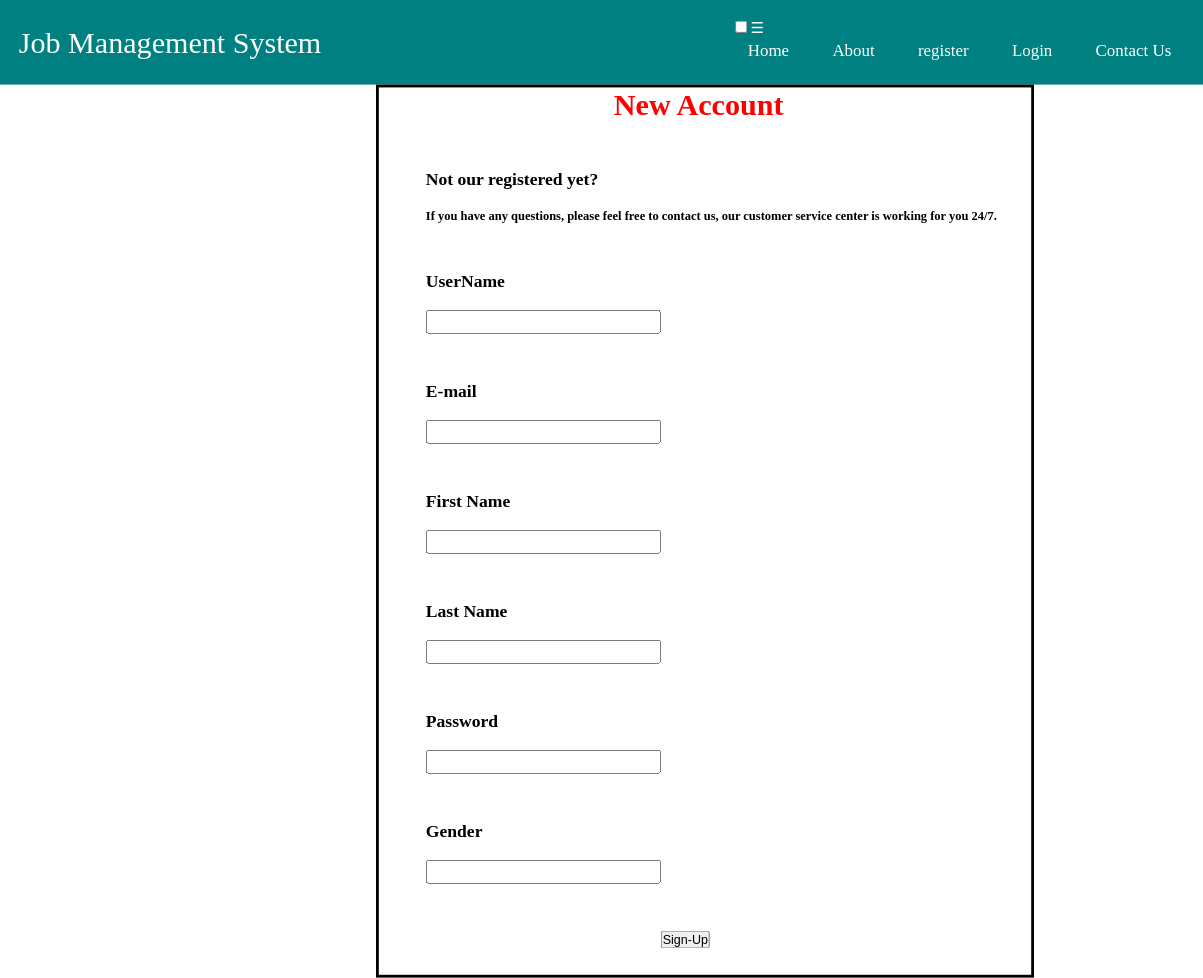
Repository: PrinceKumawat1109/JFSD
Page: http://localhost/Job-management/employeeregister.jsp
The author's editor kept a copy of each file at every save. The page is drawn from the files as they stood at one save, then again after the next save.
The browser window is 1280 px wide. The pictures show the whole page, at 94% of full size.
The page is served by Tomcat 9.

Above is the page before, as saved 2022-10-29 19:10:11.

After the next save:
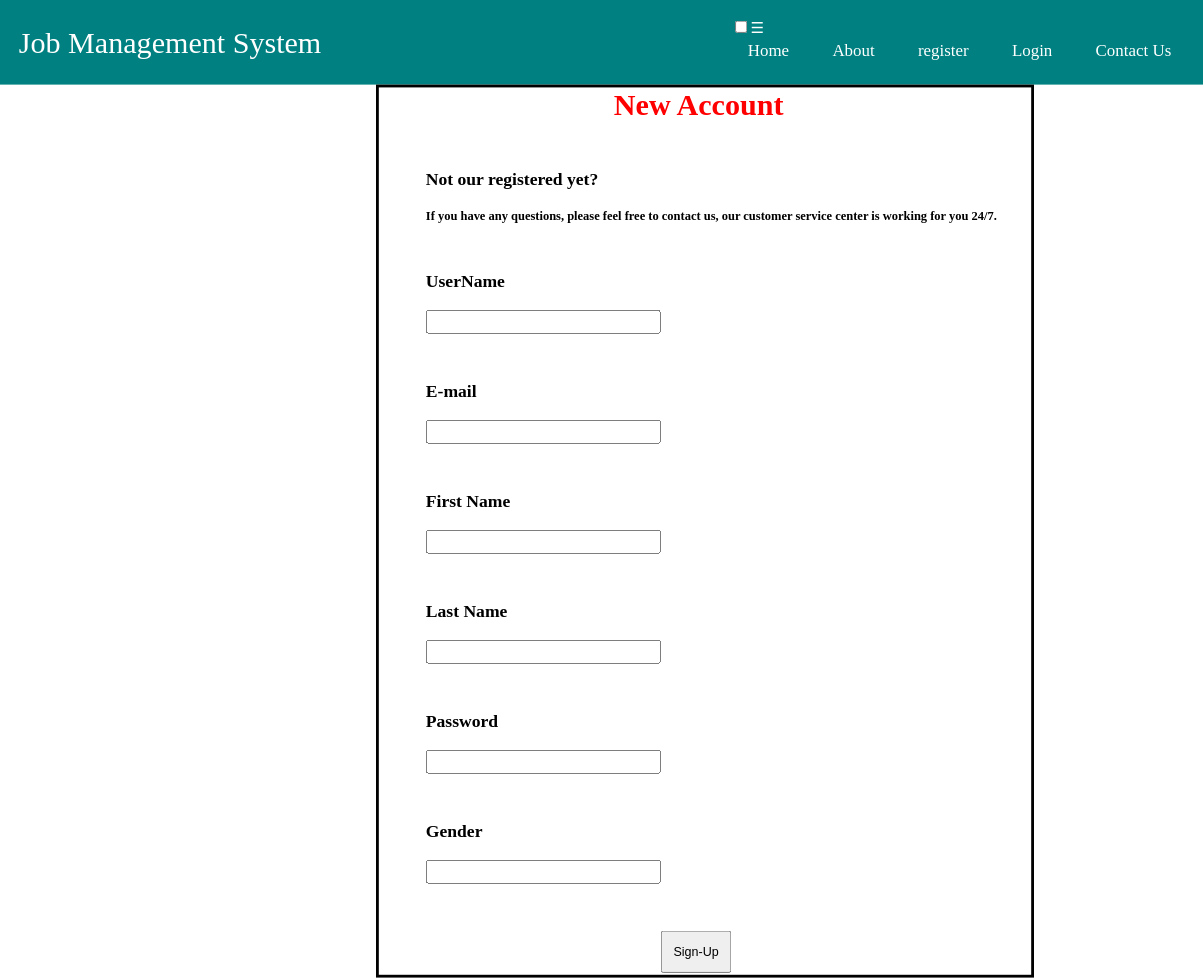
Saved 3 min 26 s later.
--- a/Job-management/src/main/webapp/employeeregister.jsp
+++ b/Job-management/src/main/webapp/employeeregister.jsp
@@ -39,7 +39,7 @@ margin-left: 400px;
 	<h3 style="margin-left: 50px; margin-top: 50px;">Gender</h3>
 	<input style="margin-left: 50px; margin-top: 20px; height: 25px; width: 250px;" type="box" id="t6"/>
 	<div style="margin-top: 50px; margin-left: 300px;" class="butt">
-	<button  onclick="save()">Sign-Up</button>
+	<button style="height: 45px; width: 75px;"  onclick="save()">Sign-Up</button>
 	</div>
 	<label id="lbl"></label>
 
